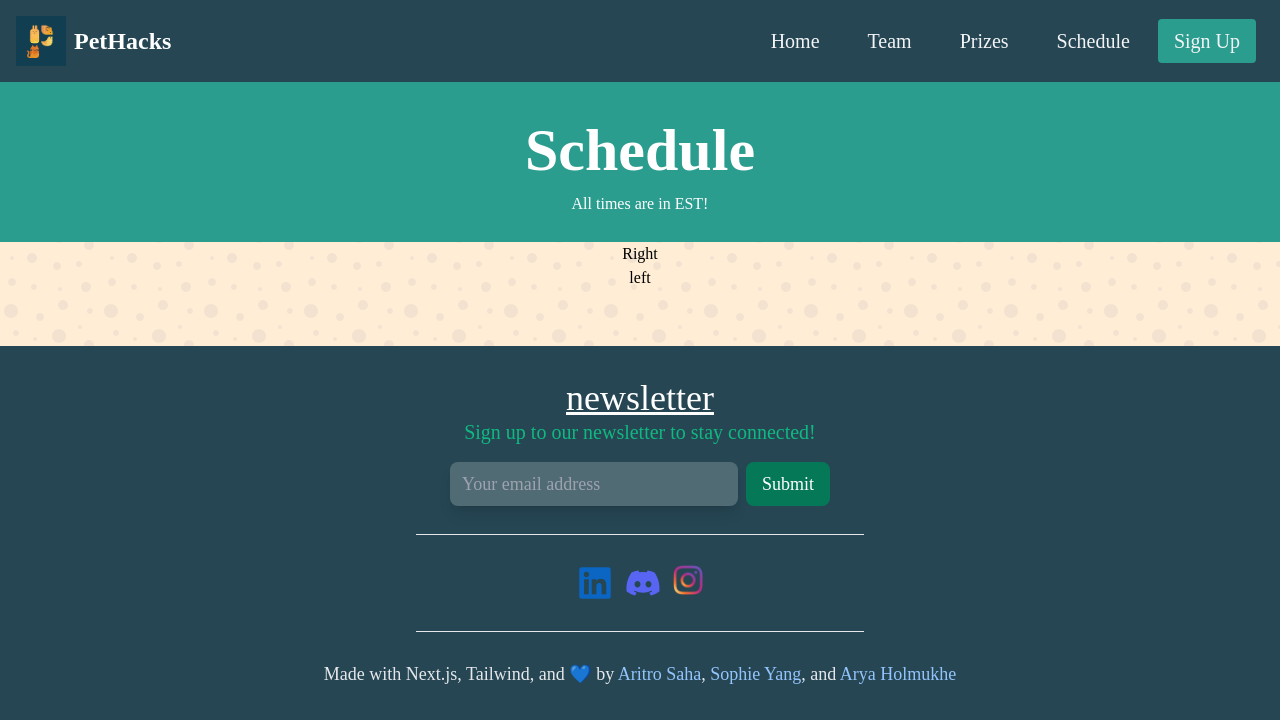
Repository: AritroSaha10/pethacks-website
Page: /schedule
An editor plug-in stored every save of this project. The page is shown before and after the next save, followed by the edit.
The browser window is 1280 px wide. The pictures show the whole page.
Some web fonts or font styles are not loaded; a fallback is used. The project was rebuilt for these pictures with package versions that can differ from the ones it lists, and the page was loaded fresh each time. The framework's server and built-in components were replaced by stand-ins that run in the browser. Also part of the build but not shown: next.config.js.

Above is the page before, as saved 2022-09-15 19:08:44.

After the next save:
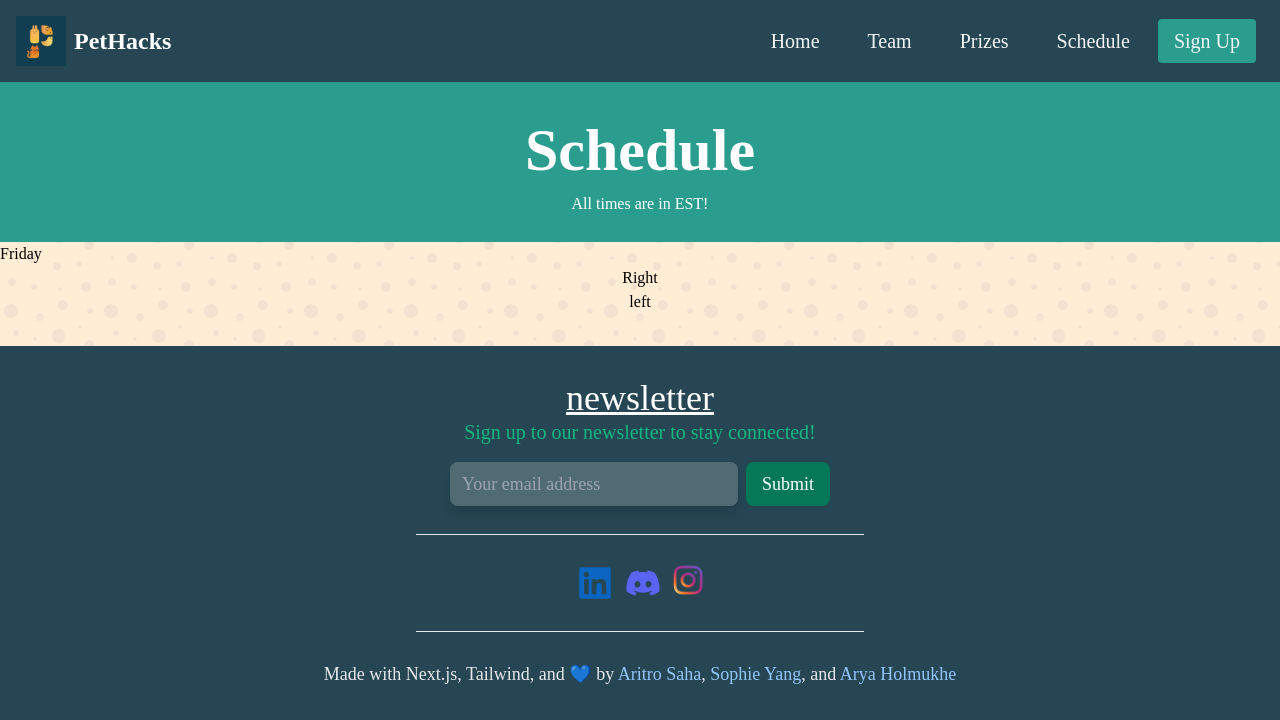
Saved 9 s later.
--- a/pages/schedule.tsx
+++ b/pages/schedule.tsx
@@ -14,7 +14,7 @@ export default function Schedule() {
         <Layout name="Schedule" noNavbar>
             <Navbar />
             <SectionHead title="Schedule" subtitle="All times are in EST!" />
-            <div>{}</div>
+            <div>{count}</div>
             <button onClick={() => setCount(count + 1)}>Right</button>
             <button onClick={() => setCount(count - 1)}>left</button>
         </Layout>
